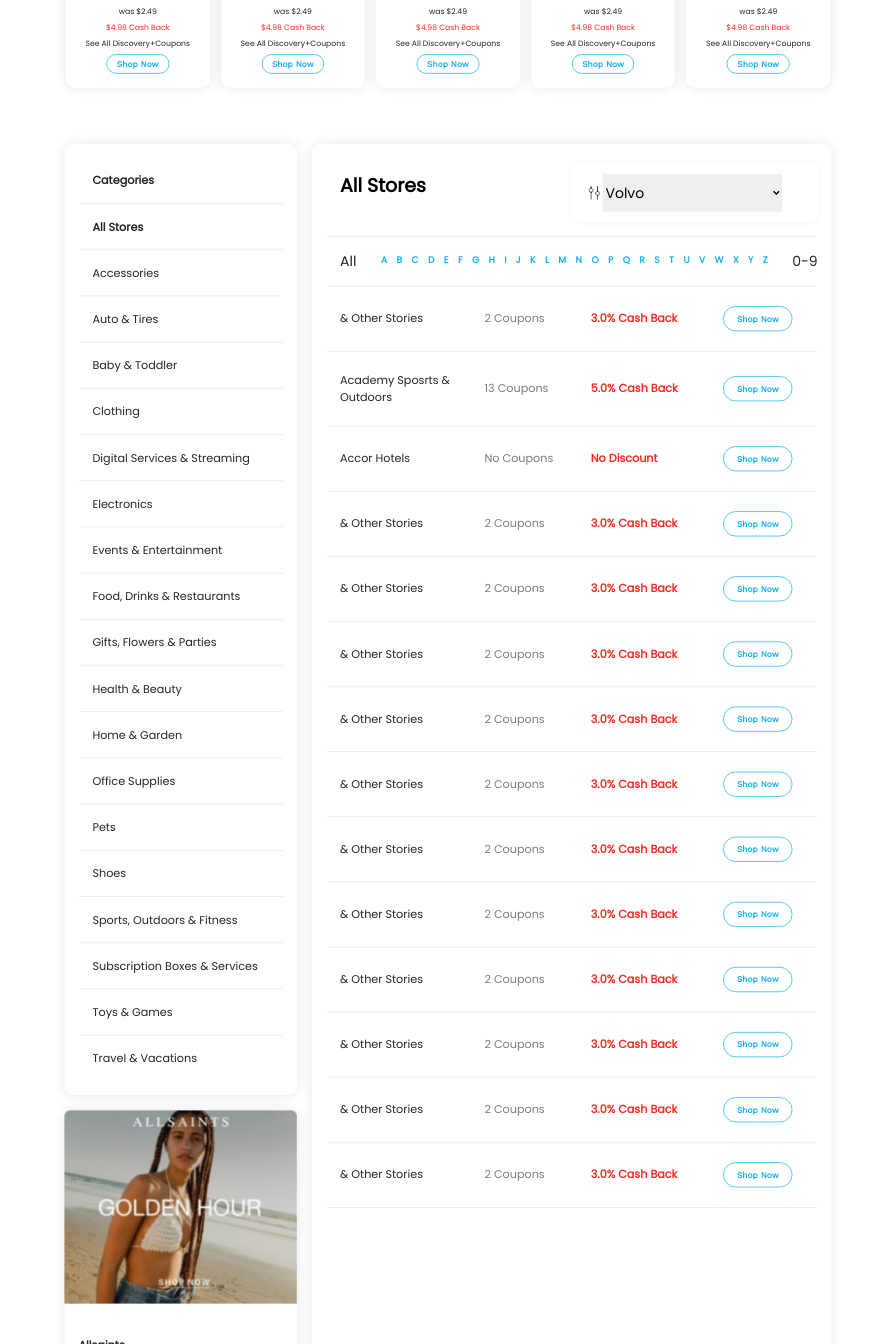
Repository: Gayane07/savvy
Page: index.html
The author's editor kept a copy of each file at every save. The page is drawn from the files as they stood at one save, then again after a run of saves.
The browser window is 1280 px wide. The pictures show the part of the page from y = 876 to 2796 px (the page is 4656 px tall before and 4736 px after), at 70% of full size.

Above is the page before, as saved 2022-05-30 15:33:17.

### index.html
<!doctype html>
<html lang="en">
<head>
    <meta charset="UTF-8">
    <meta name="viewport"
          content="width=device-width, user-scalable=no, initial-scale=1.0, maximum-scale=1.0, minimum-scale=1.0">
    <meta http-equiv="X-UA-Compatible" content="ie=edge">
    <link rel="stylesheet" href="style.css">
    <title>Document</title>
</head>
<body>
    <div class="container">
      <header>
        <div class="header_top">
           <div class="logo"><a href="index.html"><img src="images/top_logo.png" alt=""></a></div>
           <div class="nav">
              <nav id="nav_header">
                <ul>
                  <li class="nav-li active"><a href="#">Stores</a></li>
                  <li class="nav-li"><a href="#">FAQ</a></li>
                  <li class="nav-li"><a href="#">About Us</a></li>
                </ul>
              </nav>
           </div>
           <div class="search">
              <form action="">
                 <button type="submit"><img src="images/search.svg" alt=""></button></a>
                 <input type="search" placeholder="Search on Savvy">
              </form>
           </div>
        </div>
      </header>
    </div>
    <div class="header">
        <div class="header_content">
            <h1>Stores with Cash Back, Coupons & Promo Codes</h1>
            <p> Hop today and earn Cash Back at over 2,500 stores online.
                Find everything you need from men's, children's, and women’s clothing,
                accessories, and shoes to home décor, electronics, toys, and more. Shop the best
                sales and deals from your favorite online stores - plus save with thousands
                of coupons and promo codes.</p>
            <div class="button_section">
                <a href="#"><button>See More</button></a>
                <img src="images/button.svg" alt="">
            </div>
        </div>
        <div class="header_img">
            <img src="images/header_img.png" alt="">
        </div>
    </div>
    <div class="cards_section">
        <h2 class="cards_h2">Today’s Recommended Stores</h2>
        <div class="cards">
            <div class="card">
                <img src="images/amazon.png" alt="">
                <p>was $2.49</p>
                <p class="price">$4.98 Cash Back</p>
                <p>See All Discovery+Coupons</p>
                <a href="#"><button>Shop Now</button></a>
            </div>
            <div class="card">
                <img src="images/amazon.png" alt="">
                <p>was $2.49</p>
                <p class="price">$4.98 Cash Back</p>
                <p>See All Discovery+Coupons</p>
                <a href="#"><button>Shop Now</button></a>
            </div>
            <div class="card">
                <img src="images/amazon.png" alt="">
                <p>was $2.49</p>
                <p class="price">$4.98 Cash Back</p>
                <p>See All Discovery+Coupons</p>
                <a href="#"><button>Shop Now</button></a>
            </div>
            <div class="card">
                <img src="images/amazon.png" alt="">
                <p>was $2.49</p>
                <p class="price">$4.98 Cash Back</p>
                <p>See All Discovery+Coupons</p>
                <a href="#"><button>Shop Now</button></a>
            </div>
            <div class="card">
                <img src="images/amazon.png" alt="">
                <p>was $2.49</p>
                <p class="price">$4.98 Cash Back</p>
                <p>See All Discovery+Coupons</p>
                <a href="#"><button>Shop Now</button></a>
            </div>
        </div>
    </div>
    <div class="stores_section container">
       <div class="left_block">
           <div   id="mySidenav" class="refine_stores  sidenav">
              <div class="wrap-refine-icon">
               <div class=""><a href="javascript:void(0)" class="closebtn" onclick="closeNav()">&times;</a></div>

              </div>
               <ul class="open_refine">
                   <li class="categories"><a href="#">Categories</a></li>
                   <li class="all"><a href="#">All Stores</a></li>
                   <li class="stores_name"><a href="#">Accessories</a></li>
                   <li class="stores_name"><a href="#">Auto & Tires</a></li>
                   <li class="stores_name"><a href="#">Baby & Toddler</a></li>
                   <li class="stores_name"><a href="#">Clothing</a></li>
                   <li class="stores_name"><a href="#">Digital Services & Streaming</a></li>
                   <li class="stores_name"><a href="#">Electronics</a></li>
                   <li class="stores_name"><a href="#">Events & Entertainment</a></li>
                   <li class="stores_name"><a href="#">Food, Drinks & Restaurants</a></li>
                   <li class="stores_name"><a href="#">Gifts, Flowers & Parties</a></li>
                   <li class="stores_name"><a href="#">Health & Beauty</a></li>
                   <li class="stores_name"><a href="#">Home & Garden</a></li>
                   <li class="stores_name"><a href="#">Office Supplies</a></li>
                   <li class="stores_name"><a href="#">Pets</a></li>
                   <li class="stores_name"><a href="#">Shoes</a></li>
                   <li class="stores_name"><a href="#">Sports, Outdoors & Fitness</a></li>
                   <li class="stores_name"><a href="#">Subscription Boxes & Services</a></li>
                   <li class="stores_name"><a href="#">Toys & Games</a></li>
                   <li class="stores_name"><a href="#">Travel & Vacations</a></li>
               </ul>
           </div>

           <div class="left_block_1">
               <div class="left_block_card ">
                   <img src="images/golden_hour.png" alt="">
                   <h4>Allsaints</h4>
                   <p> Shop with 2.0% Cash Back See
                       All Coupons, Deals & Cashback</p>
               </div>
               <div class="left_block_card ">
                   <img src="images/golden_hour.png" alt="">
                   <h4>Allsaints</h4>
                   <p> Shop with 2.0% Cash Back See
                       All Coupons, Deals & Cashback</p>
               </div>
           </div>
           <div class="left_block_2">
               <div class="left_block_card ">
                   <img src="images/golden_hour.png" alt="">
                   <h4>Allsaints</h4>
                   <p> Shop with 2.0% Cash Back See
                       All Coupons, Deals & Cashback</p>
               </div>
               <div class="left_block_card  last_card">
                   <div class="card_header">
                       <h3>Double Cash Back Stores</h3>
                       <p>See All</p>
                   </div>
                   <div class="images">
                       <div class="top_block">
                           <img src="images/image_1.png" alt="">
                           <img src="images/image_2.png" alt="">
                           <img src="images/image_3.png" alt="">
                       </div>
                       <div class="middle_block">
                           <img src="images/image_1.png" alt="">
                           <img src="images/image_2.png" alt="">
                           <img src="images/image_3.png" alt="">
                       </div>
                       <div class="bottom_block">
                           <img src="images/image_1.png" alt="">
                           <img src="images/image_2.png" alt="">
                           <img src="images/image_3.png" alt="">
                       </div>
                   </div>
               </div>
           </div>
       </div>
       <div class="right_block">
           <span class="open_burger" style="font-size:30px;cursor:pointer" onclick="openNav()">&#9776;</span>
           <div class="all_stores">
               <h3>All Stores</h3>
               <div class="select">
                   <img src="images/sort_filter.svg" alt="">
                   <select id="sort">
                       <option value="volvo">Volvo</option>
                       <option value="saab">Saab</option>
                       <option value="opel">Opel</option>
                       <option value="audi">Audi</option>
                   </select>
               </div>
           </div>
           <div class="filter">
                 <span>All</span>
               <ul id="letter-main"></ul>
               <div>
                   <span>0-9</span>
               </div>
           </div>
           <div class="stores">
               <div class="first_col"><span>& Other Stories</span></div>
               <div class="second_col"><span>2 Coupons</span></div>
               <div class="third_col"><span>3.0% Cash Back</span></div>
               <div class="fourth_col"><a href="#"><button>Shop Now</button></a></div>
           </div>
           <div class="stores">
               <div class="first_col"><span>Academy Sposrts & Outdoors</span></div>
               <div class="second_col"><span>13 Coupons</span></div>
               <div class="third_col"><span>5.0% Cash Back</span></div>
               <div class="fourth_col"><a href="#"><button>Shop Now</button></a></div>
           </div>
           <div class="stores">
               <div class="first_col"><span>Accor Hotels</span></div>
               <div class="second_col"><span>No Coupons</span></div>
               <div class="third_col"><span>No Discount</span></div>
               <div class="fourth_col"><a href="#"><button>Shop Now</button></a></div>
           </div>
           <div class="stores">
               <div class="first_col"><span>& Other Stories</span></div>
               <div class="second_col"><span>2 Coupons</span></div>
               <div class="third_col"><span>3.0% Cash Back</span></div>
               <div class="fourth_col"><a href="#"><button>Shop Now</button></a></div>
           </div>
           <div class="stores">
               <div class="first_col"><span>& Other Stories</span></div>
               <div class="second_col"><span>2 Coupons</span></div>
               <div class="third_col"><span>3.0% Cash Back</span></div>
               <div class="fourth_col"><a href="#"><button>Shop Now</button></a></div>
           </div>
           <div class="stores">
               <div class="first_col"><span>& Other Stories</span></div>
               <div class="second_col"><span>2 Coupons</span></div>
               <div class="third_col"><span>3.0% Cash Back</span></div>
               <div class="fourth_col"><a href="#"><button>Shop Now</button></a></div>
           </div>
           <div class="stores">
               <div class="first_col"><span>& Other Stories</span></div>
               <div class="second_col"><span>2 Coupons</span></div>
               <div class="third_col"><span>3.0% Cash Back</span></div>
               <div class="fourth_col"><a href="#"><button>Shop Now</button></a></div>
           </div>
           <div class="stores">
               <div class="first_col"><span>& Other Stories</span></div>
               <div class="second_col"><span>2 Coupons</span></div>
               <div class="third_col"><span>3.0% Cash Back</span></div>
               <div class="fourth_col"><a href="#"><button>Shop Now</button></a></div>
           </div>
           <div class="stores">
               <div class="first_col"><span>& Other Stories</span></div>
               <div class="second_col"><span>2 Coupons</span></div>
               <div class="third_col"><span>3.0% Cash Back</span></div>
               <div class="fourth_col"><a href="#"><button>Shop Now</button></a></div>
           </div>
           <div class="stores">
               <div class="first_col"><span>& Other Stories</span></div>
               <div class="second_col"><span>2 Coupons</span></div>
               <div class="third_col"><span>3.0% Cash Back</span></div>
               <div class="fourth_col"><a href="#"><button>Shop Now</button></a></div>
           </div>
           <div class="stores">
               <div class="first_col"><span>& Other Stories</span></div>
               <div class="second_col"><span>2 Coupons</span></div>
               <div class="third_col"><span>3.0% Cash Back</span></div>
               <div class="fourth_col"><a href="#"><button>Shop Now</button></a></div>
           </div>
           <div class="stores">
               <div class="first_col"><span>& Other Stories</span></div>
               <div class="second_col"><span>2 Coupons</span></div>
               <div class="third_col"><span>3.0% Cash Back</span></div>
               <div class="fourth_col"><a href="#"><button>Shop Now</button></a></div>
           </div>
           <div class="stores">
               <div class="first_col"><span>& Other Stories</span></div>
               <div class="second_col"><span>2 Coupons</span></div>
               <div class="third_col"><span>3.0% Cash Back</span></div>
               <div class="fourth_col"><a href="#"><button>Shop Now</button></a></div>
           </div>
           <div class="stores">
               <div class="first_col"><span>& Other Stories</span></div>
               <div class="second_col"><span>2 Coupons</span></div>
               <div class="third_col"><span>3.0% Cash Back</span></div>
               <div class="fourth_col"><a href="#"><button>Shop Now</button></a></div>
           </div>



       </div>
    </div>
    <div class="container">
        <footer>
            <div  class="left_content">
                <img src="images/footer_logo.png" alt="">
                <p>Your #1 shopping companion, saving you time & money
                    on the items you already buy online. Earn cash back,
                    apply discounts, and win prizes!
                </p>
            </div>
            <div class="right_content">
                <div>
                    <h4>LEGAL</h4>
                    <ul>
                        <li><a href="">EULA</a></li>
                        <li><a href="">Privacy Policy</a></li>
                        <li><a href="">Terms of Use</a></li>
                    </ul>
                </div>
                <div>
                    <h4>SAVVY</h4>
                    <ul>
                        <li><a href="">About Us</a></li>
                        <li><a href="">Browse Stores</a></li>
                    </ul>
                </div>
                <div>
                    <h4>SUPPORT</h4>
                    <ul>
                        <li><a href="">FAQs</a></li>
                        <li><a href="">Contact Us</a></li>
                    </ul>
                </div>
            </div>

        </footer>
    </div>
    <div class="footer_bottom">
        <p>© Savvy 2018 - 2022</p>
    </div>
    <script>
        for (i = 0; i < 26; i++) {
            var li = document.createElement("li");
            li.innerHTML = (i+10).toString(36) + " ";
            li.style.listStyle = "none";
            li.style.display = "inline";
            document.getElementById("letter-main").appendChild(li);
        }

        function openNav() {
            document.getElementById("mySidenav").style.width = "100%";

        }

        function closeNav() {
            document.getElementById("mySidenav").style.width = "0";
        }

    </script>
</body>


</html>

Loaded but not shown: style.css (871 lines, source omitted)

After the next 2 saves:
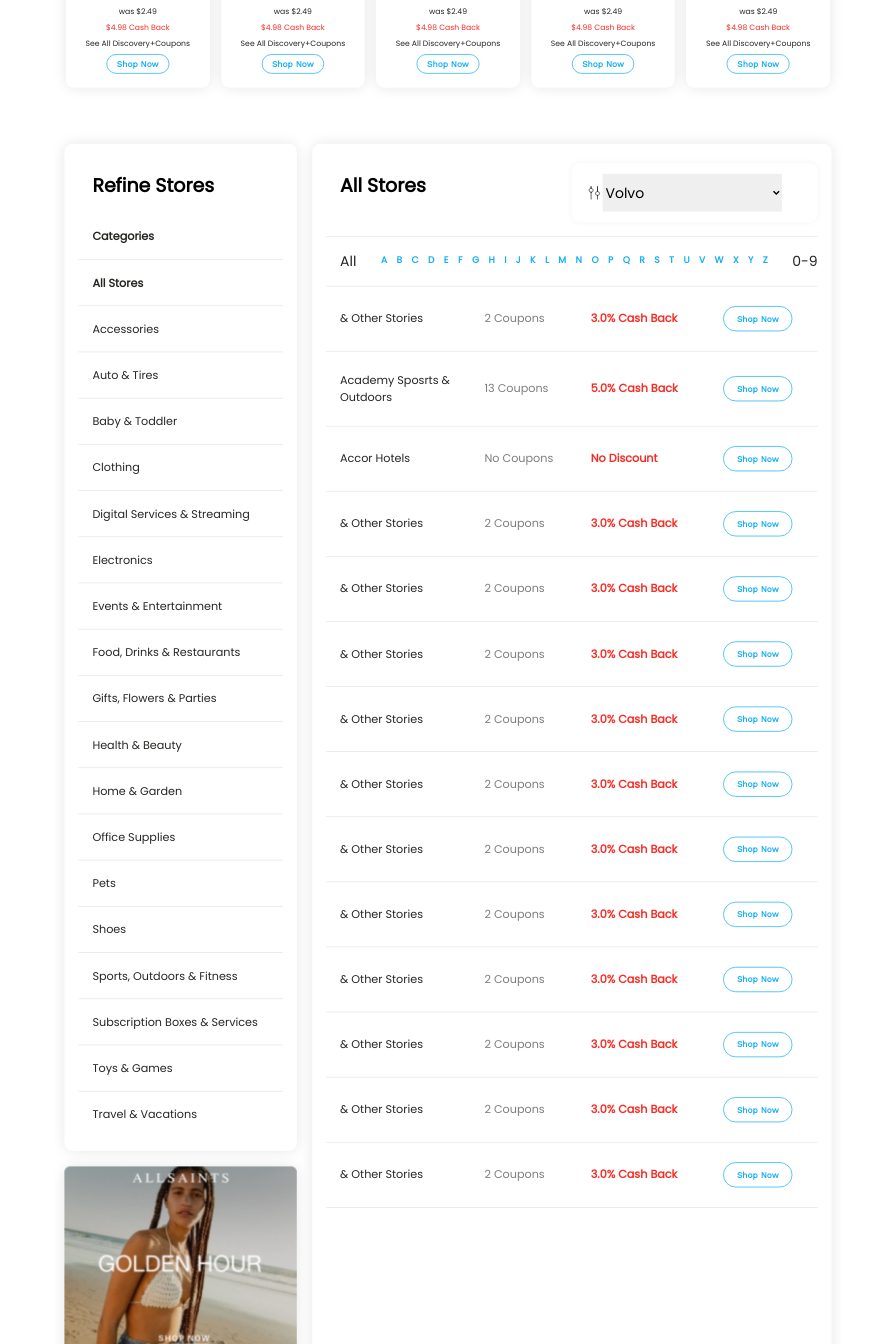
The 2 saves are shown as one change because they came seconds apart.
The last was saved 3 s later.
--- a/index.html
+++ b/index.html
@@ -92,6 +92,7 @@
        <div class="left_block">
            <div   id="mySidenav" class="refine_stores  sidenav">
               <div class="wrap-refine-icon">
+                <h3>Refine Stores</h3>
                <div class=""><a href="javascript:void(0)" class="closebtn" onclick="closeNav()">&times;</a></div>
 
               </div>
